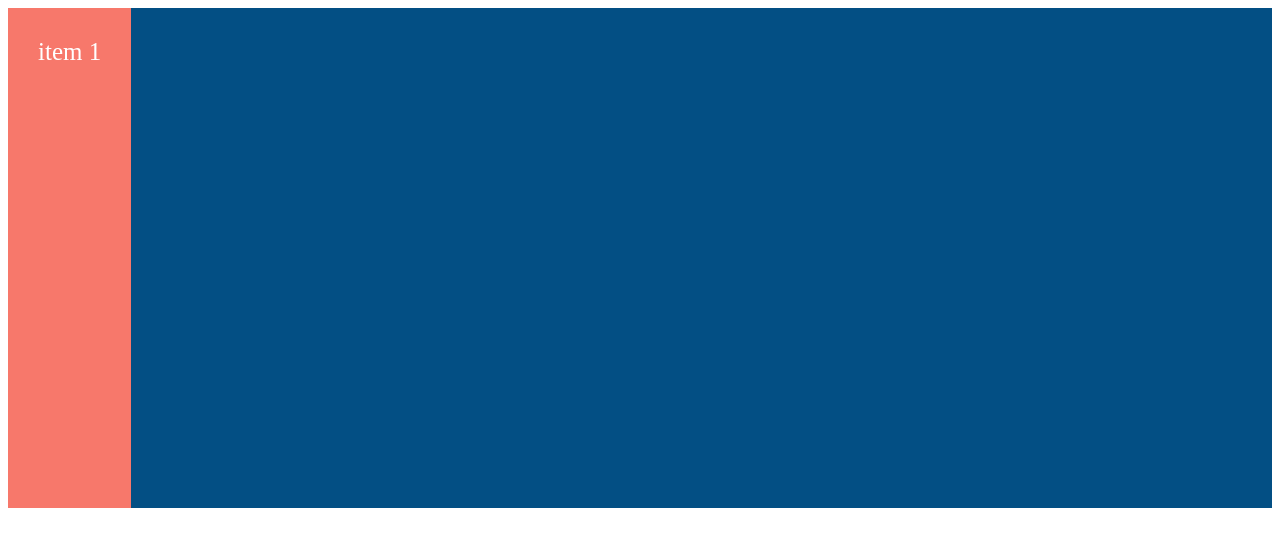
Repository: mehmetbuber38/flex
Page: flex-margin.html
The author's editor kept a copy of each file at every save. The page is drawn from the files as they stood at one save, then again after the next save.
The browser window is 1280 px wide. The pictures show the whole page.

Above is the page before, as saved 2022-01-31 21:19:41.

### flex-margin.html
<!DOCTYPE html>
<html lang="en">

<head>
    <meta charset="UTF-8">
    <meta http-equiv="X-UA-Compatible" content="IE=edge">
    <meta name="viewport" content="width=device-width, initial-scale=1.0">
    <title>Flex Container</title>
</head>
<style>
    .container {
        display: flex;

        height: 500px;
        background-color: #034f84;

    }

    .item {
        background-color: #f7786b;
        padding: 30px;
        /* margin: 20px; */
        color: #fff;
        font-size: 25px;
    }
</style>

<body>
    <div class="container">
        <div class="item ">item 1</div>


    </div>

</body>

</html>

After the next save:
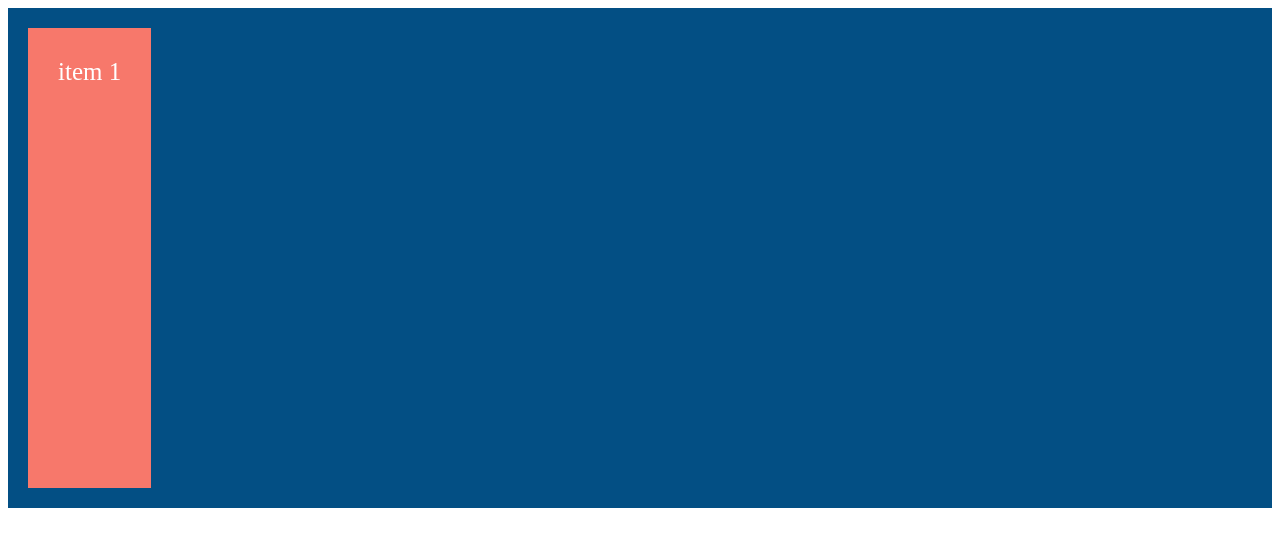
Saved 25 s later.
--- a/flex-margin.html
+++ b/flex-margin.html
@@ -19,7 +19,7 @@
     .item {
         background-color: #f7786b;
         padding: 30px;
-        /* margin: 20px; */
+        margin: 20px;
         color: #fff;
         font-size: 25px;
     }
